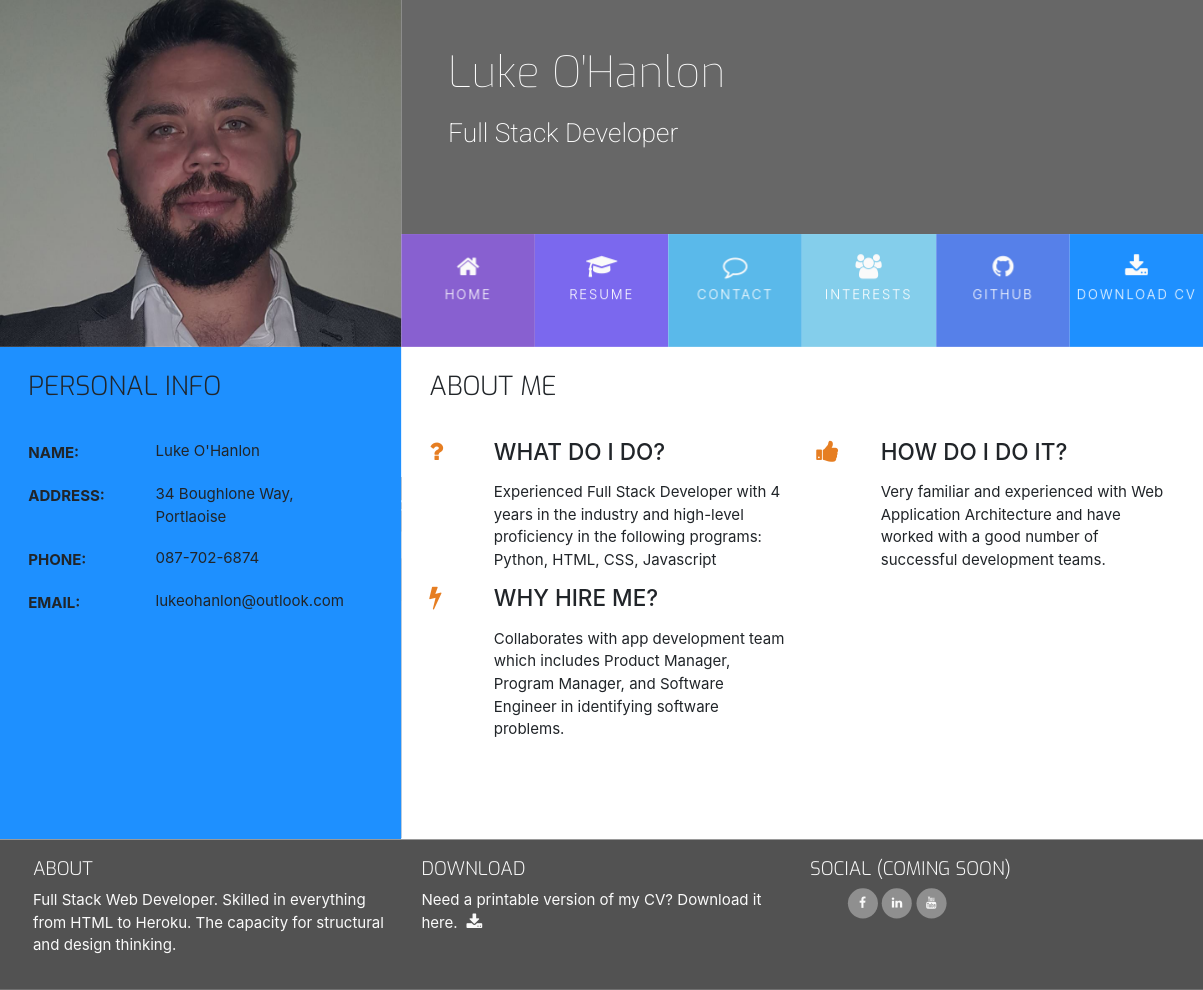
Repository: luke0han/my-resume
Page: index.html
The author's editor kept a record of every edit. The page is drawn from the files as they stood at one moment, then again after the next edit.
The browser window is 1280 px wide. The pictures show the whole page, at 94% of full size.

Above is the page before.

### index.html
<!DOCTYPE html>
<html lang="en">

<head>
    <meta charset="UTF-8">
    <meta name="viewport" content="width=device-width, initial-scale=1.0">
    <meta http-equiv="X-UA-Compatible" content="ie=edge">
    <link rel="stylesheet" href="https://stackpath.bootstrapcdn.com/bootstrap/4.3.1/css/bootstrap.min.css" type="text/css" />
    <link rel="stylesheet" href="https://stackpath.bootstrapcdn.com/font-awesome/4.7.0/css/font-awesome.min.css">
    <link href="https://fonts.googleapis.com/css?family=Lato:300,400&display=swap" rel="stylesheet">
    <link rel="stylesheet" href="https://cdnjs.cloudflare.com/ajax/libs/hover.css/2.3.1/css/hover-min.css" type="text/css" />
    <link rel="stylesheet" href="assets/css/style.css">
    <title>Luke O'Hanlon</title>
</head>

<body>
   <header>
        <div class="row no-gutters">
            <a class="col-md-4 logo" href="02-index.html"></a>
            <div class="col-md-8">
                <div class="row no-gutters bg-color-name-title">
                    <div class="col heading">
                        <h1 class="name">Luke O'Hanlon</h1>
                        <h2 class="title">Full Stack Developer</h2>
                    </div>
                </div>
                <div class="row no-gutters">
                    <div class="col">
                        <ul id="nav" class="list-inline menucontainer">
                            <li class="col-6 col-sm-2 ui-menu-color-home list-inline-item menuitem">
                                <a href="index.html" class="hvr-sweep-to-bottom"><i class="fa fa-home" aria-hidden="true"></i><span>Home</span></a>
                            </li>
                            <li class="col-6 col-sm-2 ui-menu-color-resume list-inline-item menuitem">
                                <a href="resume.html" class="hvr-sweep-to-bottom"><i class="fa fa-graduation-cap" aria-hidden="true"></i><span>Resume</span></a>
                            </li>
                            <li class="col-6 col-sm-2 ui-menu-color-contact list-inline-item menuitem">
                                <a href="contact.html" class="hvr-sweep-to-bottom"><i class="fa fa-comment-o" aria-hidden="true"></i><span>Contact</span></a>
                            </li>
                            <li class="col-6 col-sm-2 ui-menu-color-interests list-inline-item menuitem">
                                <a href="interests.html" class="hvr-sweep-to-bottom"><i class="fa fa-users" aria-hidden="true"></i><span>Interests</span></a>
                            </li>
                            <li class="col-6 col-sm-2 ui-menu-color-github list-inline-item menuitem">
                                <a href="github.html" class="hvr-sweep-to-bottom"><i class="fa fa-github" aria-hidden="true"></i><span>GitHub</span></a>
                            </li>
                            <li class="col-6 col-sm-2 ui-menu-color-download list-inline-item menuitem">
                                <a href="assets/cv/Luke O'Hanlon.pdf" target="_blank" class="hvr-sweep-to-bottom"><i class="fa fa-download" aria-hidden="true"></i><span>Download CV</span></a>
                            </li>
                        </ul>
                    </div>
                </div>
                </div>
            </div>
        </div>
    </header>

    <section class="container-fluid">
        <div class="row">
            <div class="col-md-4 bg-color-personal-info section-column">
                <div class="row">
                    <div class="col-12">
                        <h3 class="section-heading uppercase">Personal Info</h3>
                    </div>
                </div>
                <div class="personal-info-item">
                    <div class="key">
                        <p class="uppercase">
                            Name:
                        </p>
                    </div>
                    <div class="value">
                        <p>
                            Luke O'Hanlon
                        </p>

                    </div>
                </div>
                <div class="personal-info-item">
                    <div class="key">
                        <p class="uppercase">
                            Address:
                        </p>
                    </div>
                    <div class="value">
                        <p>
                            34 Boughlone Way, Portlaoise
                        </p>
                    </div>
                </div>
                <div class="personal-info-item">
                    <div class="key">
                        <p class="uppercase">
                            Phone:
                        </p>
                    </div>
                    <div class="value">
                        <p>
                            087-702-6874
                        </p>
                    </div>
                </div>
                <div class="personal-info-item">
                    <div class="key">
                        <p class="uppercase">
                            Email:
                        </p>
                    </div>
                    <div class="value">
                        <p>
                            lukeohanlon@outlook.com <br><br><br><br><br><br><br><br><br>
                        </p>
                    </div>
                </div>
            </div>
            <div class="col-md-8 bg-color-three-reasons section-column">
                <div class="row">
                    <div class="col">
                        <h3 class="section-heading uppercase">About me</h3>
                    </div>
                </div>
                <div class="row">
                    <div class="col-10 offset-1 offset-sm-0 col-sm-4 col-md-6">
                        <div class="row">
                            <div class="col-2">
                                <i class="three-reasons-icon fa fa-question" aria-hidden="true"></i>
                            </div>
                            <div class="col-10">
                                <h4 class="three-reasons-heading uppercase">What do I do?</h4>
                                <p>Experienced Full Stack Developer with 4 years in the industry and high-level proficiency in the following programs: Python, HTML, CSS, Javascript</p>
                            </div>
                        </div>
                    </div>
                    <div class="col-10 offset-1 offset-sm-0 col-sm-4 col-md-6">
                        <div class="row">
                            <div class="col-2">
                                <i class="three-reasons-icon fa fa-thumbs-up" aria-hidden="true"></i>
                            </div>
                            <div class="col-10">
                                <h4 class="three-reasons-heading uppercase">How do I do it?</h4>
                                <p>Very familiar and experienced with Web Application Architecture and have worked with a good number of successful development teams.</p>
                            </div>

                        </div>
                    </div>
                    <div class="col-10 offset-1 offset-sm-0 col-sm-4 col-md-6">
                        <div class="row">
                            <div class="col-2">
                                <i class="three-reasons-icon fa fa-bolt" aria-hidden="true"></i>
                            </div>
                            <div class="col-10">
                                <h4 class="three-reasons-heading uppercase">Why hire me?</h4>
                                <p>Collaborates with app development team which includes Product Manager, Program Manager, and Software Engineer in identifying software problems.</p>
                            </div>

                        </div>
                    </div>
                </div>
            </div>
        </div>

    </section>
    <footer class="container-fluid">
        <div id="footer-details" class="row">
            <div class="col-sm-4">
                <h5 class="uppercase general-sub">About</h5>
                <p class="inline-block">
                    Full Stack Web Developer. Skilled in everything from HTML to Heroku. The capacity for structural and design thinking.
                </p>
            </div>
            <div class="col-sm-4">
                <h5 class="uppercase general-sub">Download</h5>
                <p class="inline-block">
                    Need a printable version of my CV? Download it here.
                    <a href="assets/cv/Luke O'Hanlon.pdf" target="_blank" class="cv-pdf">
                        <i class="fa fa-download" aria-hidden="true"></i>
                        <span class="sr-only">Download link.</span>
                    </a>
                </p>
            </div>
            <div class="col-sm-4">
                <h5 class="uppercase general-sub">Social (Coming Soon)</h5>
                <ul class="list-inline-block social-links">
                    <li class="list-inline-item">
                        <a target="_blank" href="#">
                            <i class="fa fa-facebook" aria-hidden="true"></i>
                            <span class="sr-only">Facebook.</span>
                        </a>
                    </li>
                    <li class="list-inline-item">
                        <a target="_blank" href="#">
                            <i class="fa fa-linkedin" aria-hidden="true"></i>
                            <span class="sr-only">Linkedin.</span>
                        </a>
                    </li>
                    <li class="list-inline-item">
                        <a target="_blank" href="#">
                            <i class="fa fa-youtube" aria-hidden="true"></i>
                            <span class="sr-only">YouTube.</span>
                        </a>
                    </li>
                </ul>
            </div>
        </div>
    </footer>
</body>

</html>

### assets/css/style.css
@import url('https://fonts.googleapis.com/css?family=Lato:300,400|Roboto:100,200,300,400,500,600,700|Exo:100,200,300,400,500,600,700');
/*****************************************COLORS***************************************/

.bg-color-name-title {
    background-color: #676767;
}

.bg-color-three-reasons{
    background-color: #fff;
}
.ui-menu-color-home {
    background-color: #8860d0;
}

.ui-menu-color-resume {
    background-color: #7B68EE;
}

.ui-menu-color-contact {
    background-color: #5ab9ea;
}

.ui-menu-color-download {
    background-color: #1E90FF;
}

.bg-color-personal-info {
    background-color: #1E90FF;
}

.bg-color-work-history {
    background-color: #7B68EE;
}

.ui-menu-color-interests {
    background-color: #84ceeb;
}


.ui-menu-color-github {
    background-color: #5680e9;
}

/*****************************************Special paddings/margins/text***************************************/

h1,
h2,
h3,
h4 {
    margin: 0;
}

.uppercase {
    text-transform: uppercase;
}

.general-sub {
    font-family: "Exo", sans-serif;
    font-weight: 300;
    color: #fafafa;
}

.inline-block {
    display: inline-block;
}

.row-table {
    display: table;
}

.section-column {
    display: table-cell;
    padding: 0 30px 30px;
    float: none;
}
.history-heading,
.section-heading {
    font-family: "Exo", sans-serif;
    font-weight: 300;
    margin-top:25px;
    margin-bottom: 40px;
}

/*****************************************HEADING***************************************/

header {
    margin: 0;
}

.heading {
    margin-left: 50px;
}

.logo {
    background: url("../images/luke.jpg");
    background-position: center;
    background-repeat: no-repeat;
    background-size: cover;
    min-height: 360px;
    transition: all .5s ease-in-out;
    -moz-transition: all .5s ease-in-out;
    -webkit-transition: all .5s ease-in-out;
}

.name {
    font-family: "Exo", sans-serif;
    font-weight: 100;
    font-size: 46px;
    margin-top: 50px;
    color: #fff;
}

.title {
    font-family: "Roboto", sans-serif;
    font-weight: 200;
    font-size: 28px;
    margin-top: 20px;
    margin-bottom: 90px;
    color: #fff;
}

.list-inline-item:not(:last-child) {
    margin: 0;
}

.menucontainer {
    font-size: 0;
}

#nav {
    margin: 0;
}

#nav li {
    font-size: 14px;
    padding: 0;
}

.menuitem {
    height: 120px;
    text-align: center;
    padding: 0;
}

.menuitem a {
    width: 100%;
    text-decoration: none;
    color: #fff;
    height: 120px;
}

.menuitem a i {
    padding-top: 22px;
    display: block;
    color: #fafafa;
    font-size: 26px;
}

.menuitem span {
    display: block;
    width: 100%;
    padding-top: 5px;
    text-align: center;
    text-transform: uppercase;
    font-size: 14px;
    font-weight: 300;
    letter-spacing: 2px;
}

/*****************************************HOVER.CSS***************************************/

.hvr-sweep-to-bottom:before {
    background: rgba(0, 0, 0, 0.2);
    height: 120px;
}

/*****************************************Footer***************************************/

footer {
    background-color: #525252;
    color: #fafafa;
    min-height: 120px;
    margin: 0;
}

.cv-pdf i {
    font-size: 18px;
    color:#fafafa;
    text-align: center;
    padding-left: 5px;
    transition: all 0.35s ease-in-out;
    -moz-transition: all 0.35s ease-in-out;
    -webkit-transition: all 0.35s ease-in-out;
    -o-transition: all 0.35s ease-in-out;
}

.cv-pdf i:hover {
    color: #e84610;
}

.social-links {
    padding-bottom: 15px;
}

.social-links li a i {
    width: 32px;
    height: 32px;
    padding: 12px 0;
    border-radius: 50%;
    font-size: 13px;
    line-height: 7px;
    text-align: center;
    color:#fafafa;
    background: #8f8f8f;
    transition: all 0.35s ease-in-out;
    -moz-transition: all 0.35s ease-in-out;
    -webkit-transition: all 0.35s ease-in-out;
    -o-transition: all 0.35s ease-in-out;
}

.social-links li a i:hover {
    background-color: #e84610;
}

#footer-details {
    padding: 20px;
}

/*****************************************Three Reasons***************************************/

.three-reasons-icon {
    font-size:26px;
    color:#e67e22;
}

.three-reasons-heading {
    margin-bottom: 15px;
}

/*****************************************Personal Info***************************************/

.personal-info-item {
    margin-bottom: 20px;
    display: block;
    clear: both;
}

.personal-info-item .key,
.personal-info-item .value {
    padding-right: 8px;
    display: inline-block;
}

.personal-info-item .key p,
.personal-info-item .value p {
    margin:0;
}

.personal-info-item .key {
    width:30%;
    margin-right: 21px;
    padding-top:2px;
    vertical-align: top;
}

.personal-info-item .key p {
    font-weight: 700;
}

.personal-info-item .value {
    position: relative;
    width:60%;
}

/*****************************************Skills***************************************/

.progress {
    position: relative;
    height: 25px;
    margin-bottom: 4px;
}

.progress-type {
    position: absolute;
    left: 0px;
    font-weight: 400;
    padding: 3px 30px 2px 10px;
    color: #fafafa;
    background-color: rgba(25, 25, 25, 0.2);
}

.progress-section {
    margin: 40px 20px;
}

/*****************************************Work History***************************************/

.history-heading {
    color: #fafafa;
    margin-bottom: 50px;
}

.timeline-item {
    padding: 4em 2em 0em 2em;
    position: relative;
    color: #fafafa;
    border-left: 1px solid;
}

.timeline-item p {
    padding: 0;
    margin: 0;
}

.timeline-item:before {
    content: attr(data-dates);
    position: absolute;
    left: 2.5em;
    top: 3em;
    display: block;
    font-family: "Exo", sans-serif;
    font-weight: 500;
    font-size: 0.8em;
    padding: 0;
    margin: 0;
}

.timeline-item:after {
    width: 12px;
    height: 12px;
    display: block;
    top: 2.4em;
    position: absolute;
    left: -6px;
    border-radius: 12px;
    content: '';
    background: #fafafa;
}

.history-items {
    margin-bottom: 30px;
}

/*****************************************Contact Form***************************************/

.contact-heading {
    font-family: "Exo", sans-serif;
    font-weight: 300;
    margin-top: 25px;
    margin-bottom: 20px;
}

.center-form {
    padding-top: 10px;
    margin: 0 auto;
    max-width: 70%;
}

button[type="submit"] {
    margin-top: 15px;
    margin-bottom: 20px;
    color: #fafafa;
    background-color: #e84610;
}

#map {min-height: 360px;}

/*****************************************Media Queries***************************************/

@media(min-width: 992px) {
    .center-form {
        padding-top: 30px;
        min-height: 240px;
        margin: 0 auto;
        max-width: 50%;
    }
}

After the next edit:
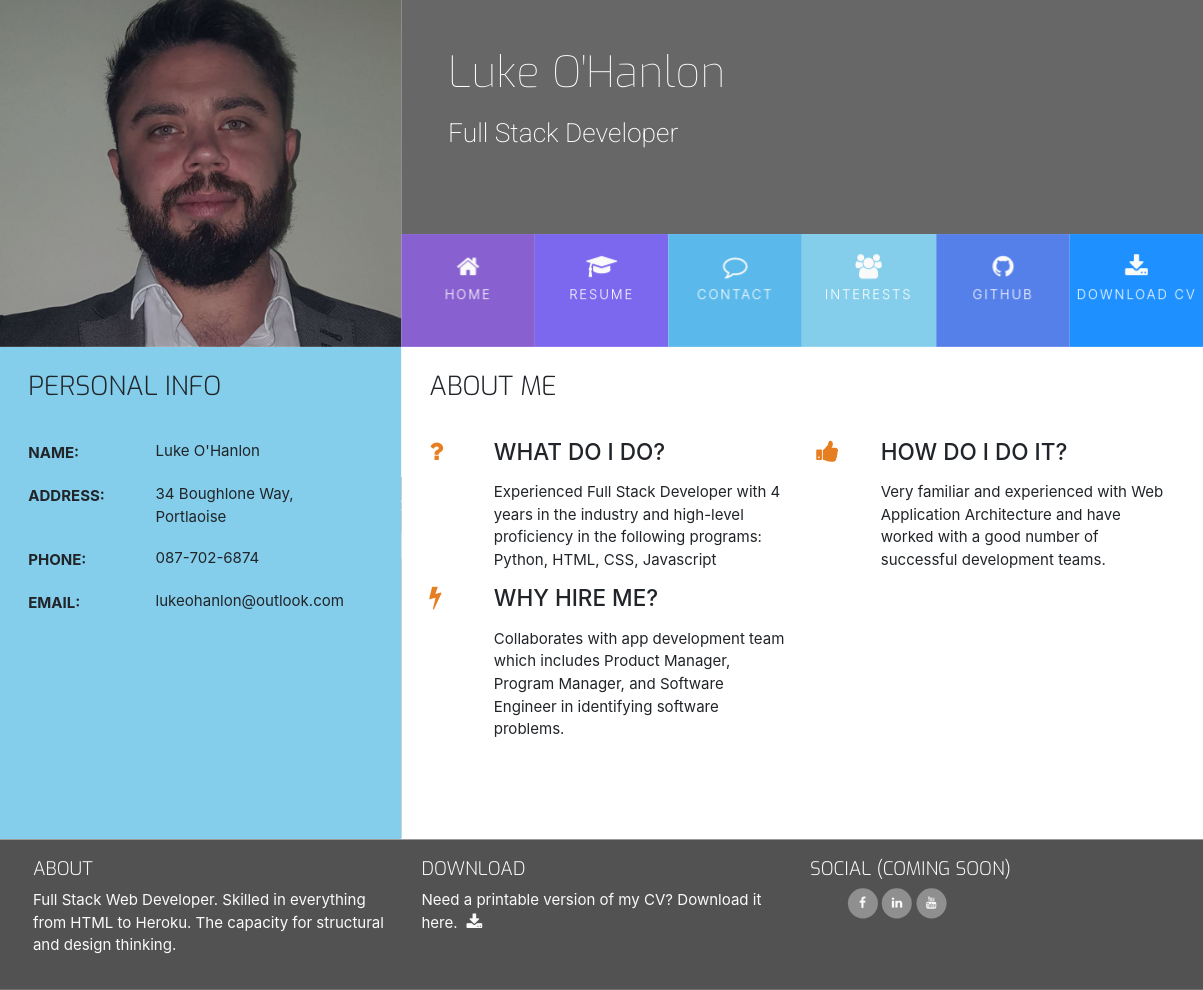
The edit:
--- a/assets/css/style.css
+++ b/assets/css/style.css
@@ -25,7 +25,7 @@
 }
 
 .bg-color-personal-info {
-    background-color: #1E90FF;
+    background-color: #84ceeb;
 }
 
 .bg-color-work-history {
